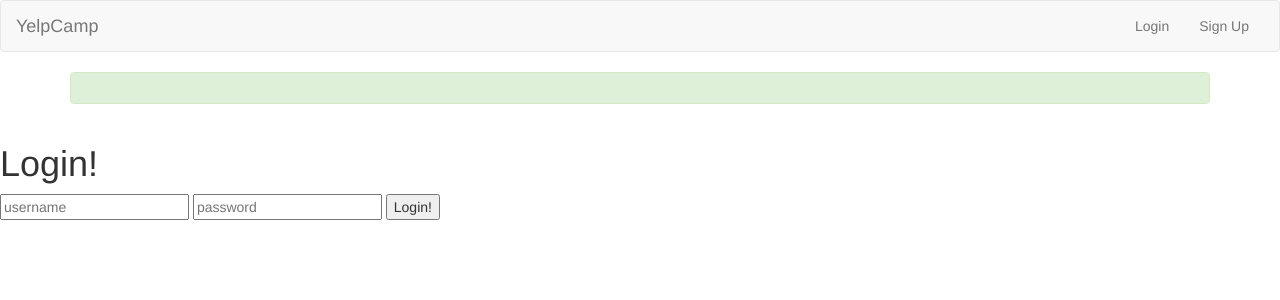
Repository: Flanneryj/Firstapp
Page: http://localhost/login
The author's editor kept a record of every edit. The page is drawn from the files as they stood at one moment, then again after a run of edits.
The browser window is 1280 px wide. The pictures show the whole page.
The page is served by the project's Node server (YelpCamp/app.js).

Above is the page before.

After the next 2 edits:
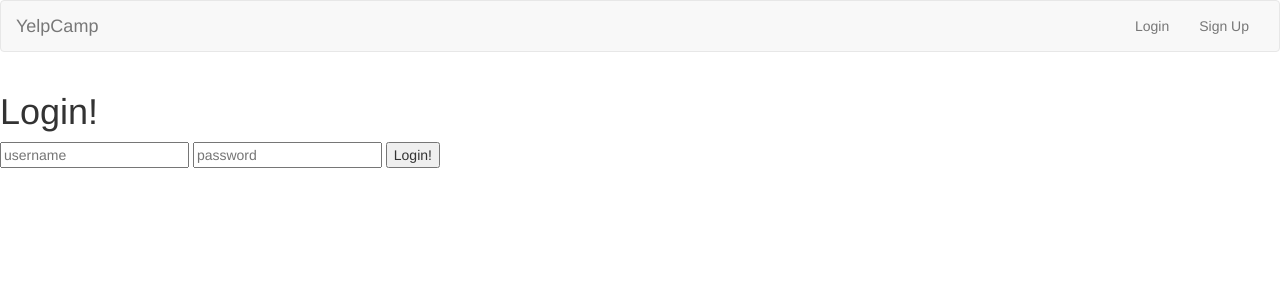
The 2 edits are shown as one change because 1 did not build or start.
The edit:
--- a/workspace/YelpCamp/views/partials/header.ejs
+++ b/workspace/YelpCamp/views/partials/header.ejs
@@ -31,7 +31,9 @@
       <%= error %>
     </div>
     <% } %>
+     <% if(success && success.length > 0){ %>
     <div class="alert alert-success" role="alert">
       <%= success %>
     </div>
+     <% } %>
    </div>
